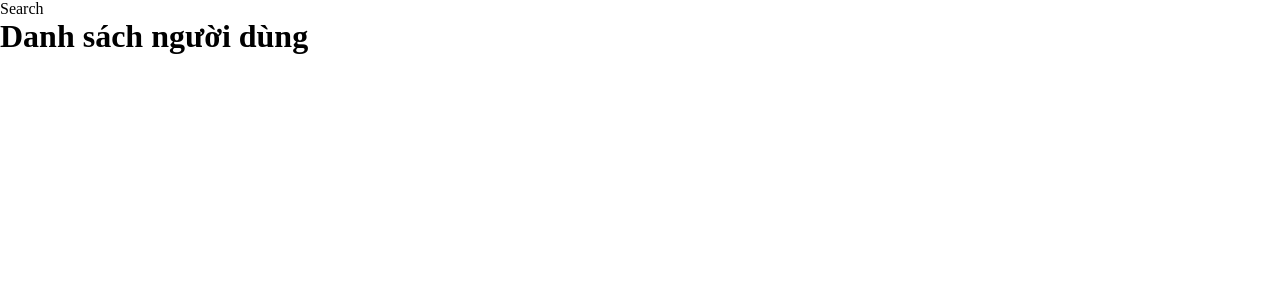
Repository: OkazakiTruong/searchReact
Page: /
The author's editor kept a copy of each file at every save. The page is drawn from the files as they stood at one save, then again after the next save.
The browser window is 1280 px wide. The pictures show the whole page.
The project was rebuilt for these pictures with package versions that can differ from the ones it lists, and the page was loaded fresh each time. Also part of the build but not shown: vite.config.js.

Above is the page before, as saved 2024-01-11 13:19:08.

After the next save:
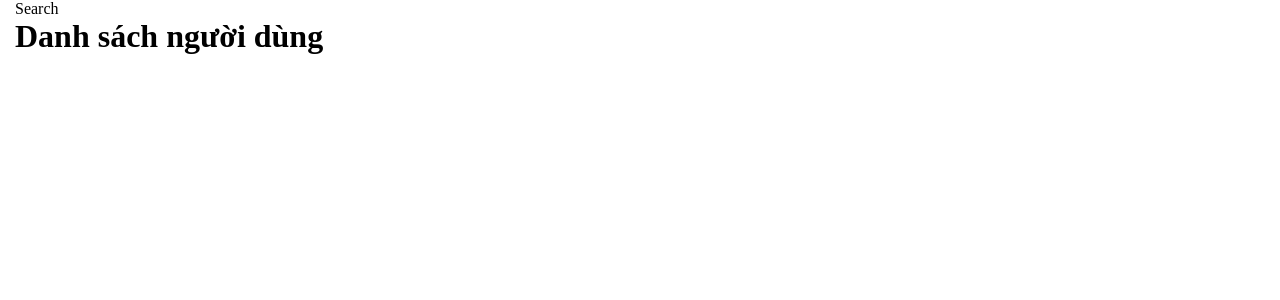
Saved 6 s later.
--- a/src/index.css
+++ b/src/index.css
@@ -3,7 +3,7 @@
   margin: 0;
   box-sizing: border-box;
 }
-app {
+.app {
   max-width: 1250px;
   margin: 0 auto;
 }
